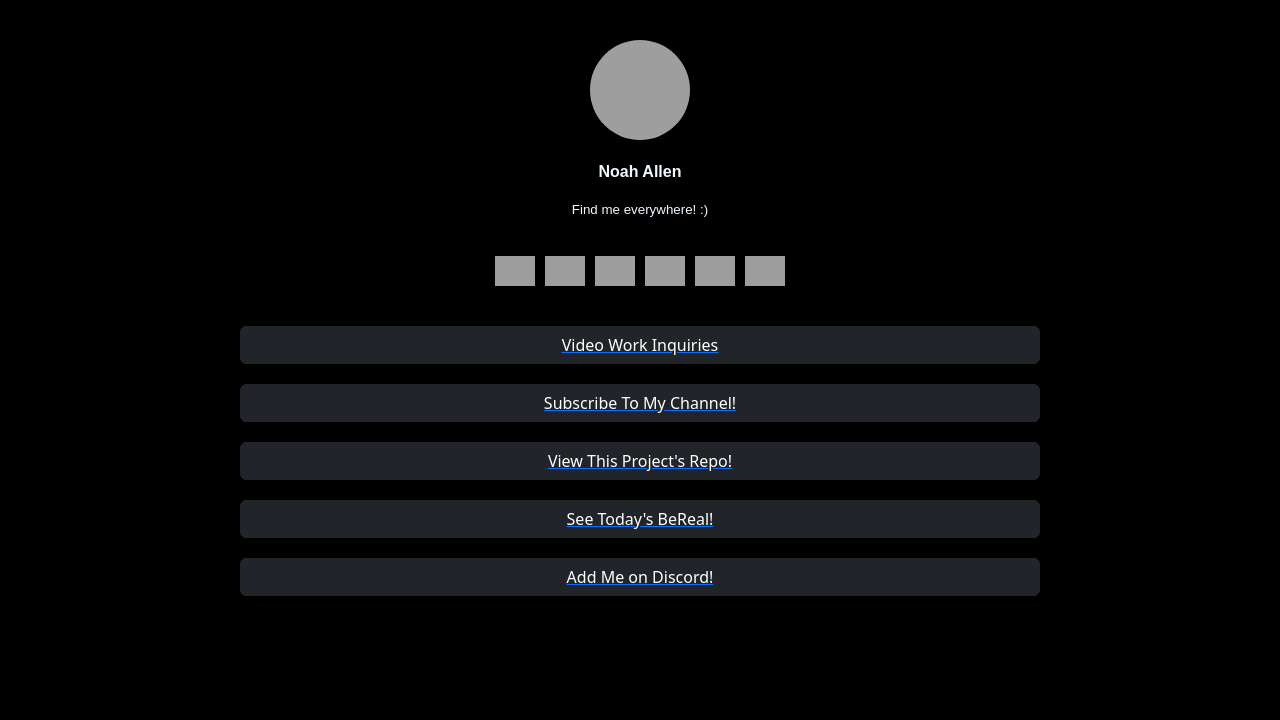
Repository: noahcallen/LAB-link-in-bio
Page: index.html
These files come from the project's save history. The page is drawn as it stood at one moment and after the next save; the edit follows.
The browser window is 1280 px wide. The pictures show the whole page.
Pictures or frames that could not be fetched are drawn as grey boxes.

Above is the page before, as saved 2024-07-13 14:30:52.

After the next save:
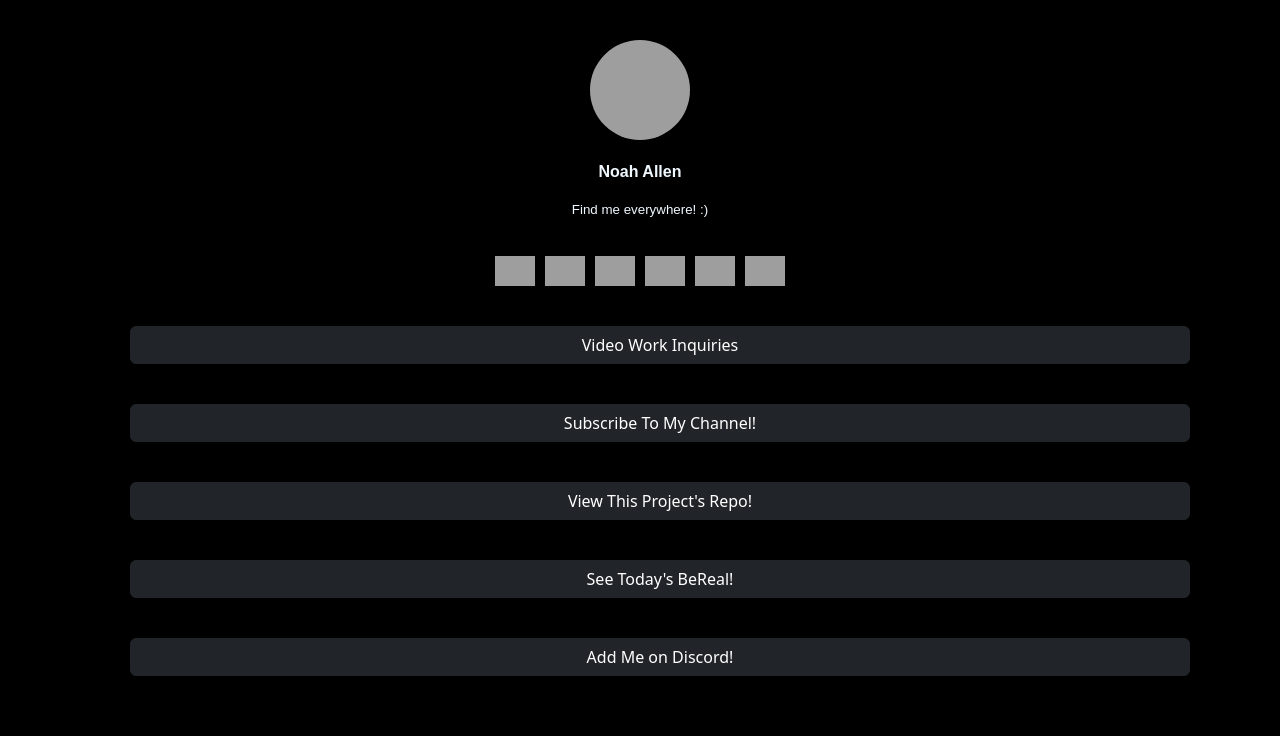
Saved 78 s later.
--- a/main.css
+++ b/main.css
@@ -50,3 +50,12 @@ body {
   padding-left: 5px;
   padding-right: 5px;
 }
+
+.col a {
+  text-decoration: none;
+  color: inherit;
+}
+.col a .btn {
+  display: inline-block;
+  width: 100%;
+}

After the 2 saves that followed:
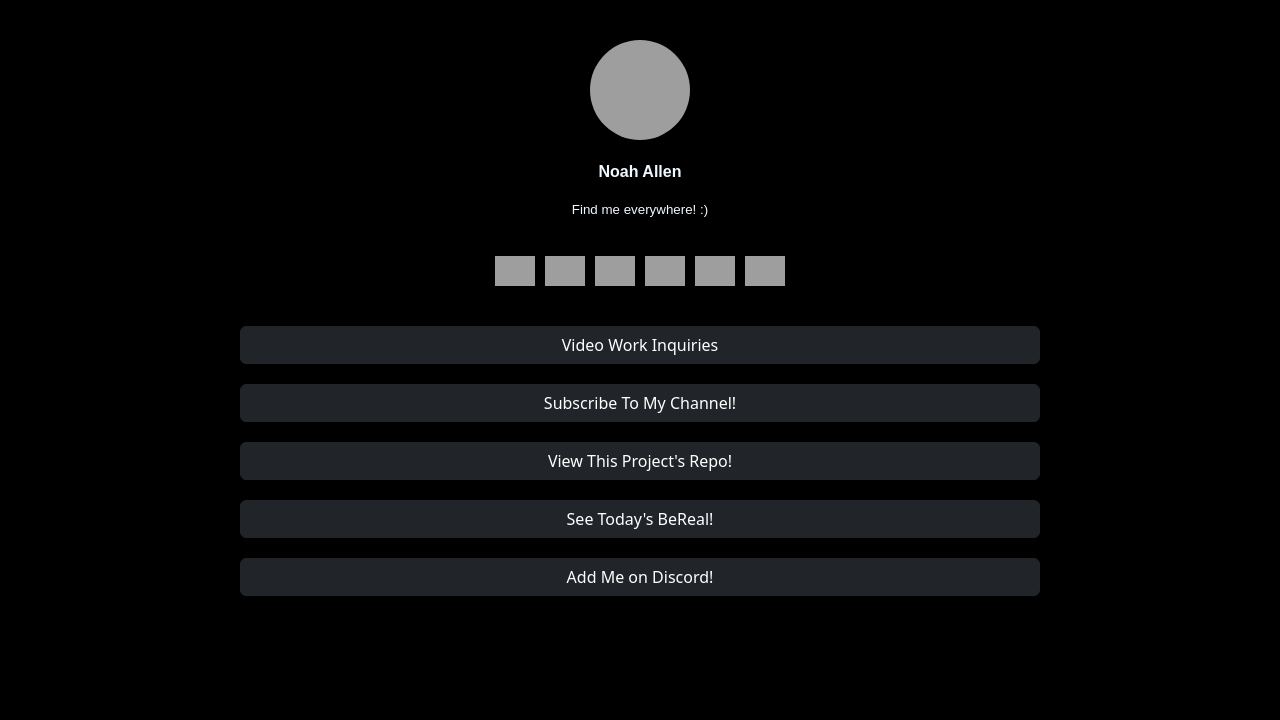
The 2 saves are shown as one change because 1 left the picture as it was.
The last was saved 45 s later.
--- a/main.css
+++ b/main.css
@@ -56,6 +56,6 @@ body {
   color: inherit;
 }
 .col a .btn {
-  display: inline-block;
+  /* display: inline-block;
   width: 100%;
-}
+} */
